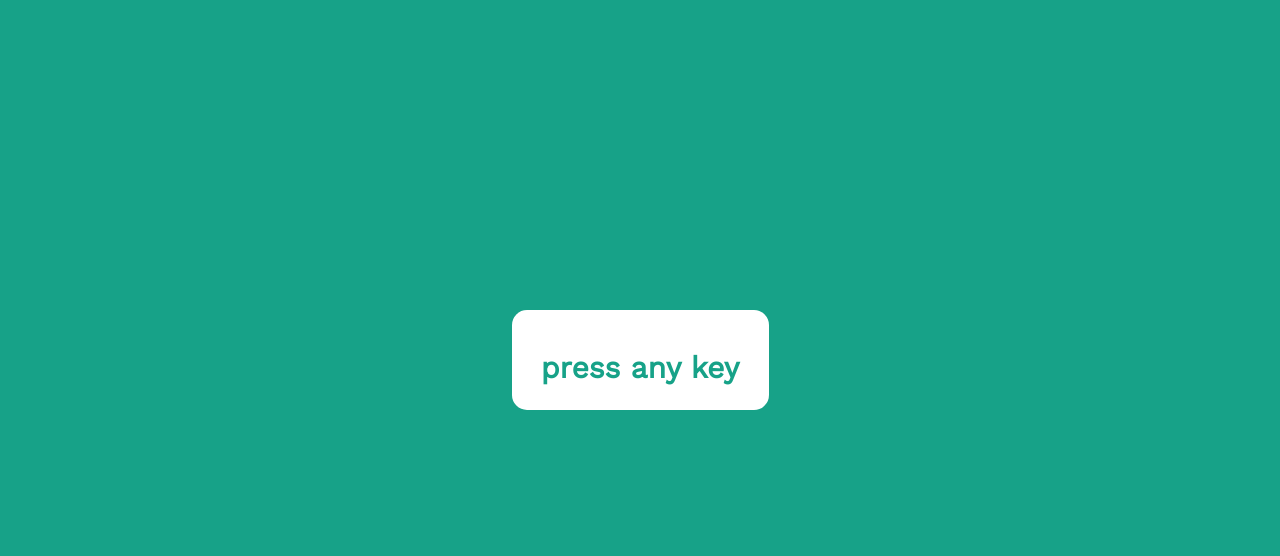
Repository: youssef168/Key-Detection
Page: index.htm
These files come from the project's save history. The page is drawn as it stood at one moment and after the next save; the edit follows.
The browser window is 1280 px wide. The pictures show the whole page.

Above is the page before, as saved 2021-12-17 13:29:41.

### index.htm
<!DOCTYPE html>
<html lang="en">
<head>
    <meta charset="UTF-8">
    <meta http-equiv="X-UA-Compatible" content="IE=edge">
    <meta name="viewport" content="width=device-width, initial-scale=1.0">
    <link rel="stylesheet" href="./style.css">
    <title>Key Detection</title>
</head>
<body>
    <div class="box">
        <p class="text">press any key</p>
        <div class="content">
            <div class="key-code">16</div>
            <div class="key-name">shift</div>
            <div class="details">
                <p class="key">Key: <span>Shift</span></p>
                <p class="code">Code: <span>16</span></p>
            </div>
        </div>
    </div>

    <script src="./script.js"></script>
</body>
</html>

### style.css
@import url("https://fonts.googleapis.com/css2?family=Work+Sans:ital,wght@0,300;0,400;1,400;1,500&display=swap");

* {
  font-family: "Work Sans", sans-serif;
  box-sizing: border-box;
  padding: 0;
  margin: 0;
}

ul li {
  list-style: none;
}

body {
    display: flex;
    justify-content: center;
    align-items: center;
    min-height: 100vh;
    margin: auto;
    background-color: #17A288;
}

.box {
    background: #fff;
    padding: 25px;
    width: 257px;
    border-radius: 15px;
}

.content, .key-code, .details {
    display: flex;
    align-items: center;
    justify-content: center;
}

.box .content {
    display: none;
    flex-direction: column;
}
.key-code {
    border: 4px solid #17A288;
    border-radius: 50%;
    width: 110px;
    height: 110px;
    font-size: 27px;
}

.text ,.key-code, .key-name {
    font-size: 27px;
    font-weight:bold;
    color: #17A288;
    margin-top: 15px;
}

.text {
    text-align: center;
    font-size: 30px;
}

.key-name {
    text-transform: uppercase;
}

.details {
    width: 100%;
    justify-content: space-between;
    margin-top: 20px;
}

.details p {
    font-size: 18px;
    width: 100%;
    text-align: center;
}

.details p:last-child {
    border-left: 1px solid #ccc;
}

### script.js
document.addEventListener('keydown', (e)=> {
    console.log(e)
})

After the next save:
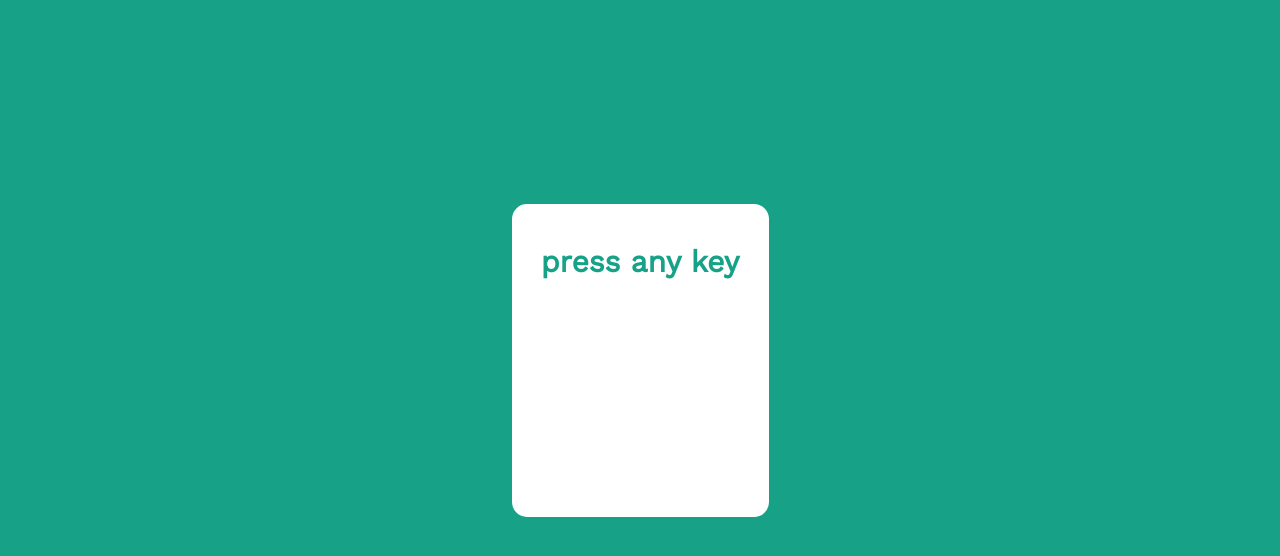
Saved 4 min 0 s later.
--- a/style.css
+++ b/style.css
@@ -34,8 +34,8 @@
 }
 
 .box .content {
-    display: none;
     flex-direction: column;
+    opacity: 0;
 }
 .key-code {
     border: 4px solid #17A288;

After the save that followed:
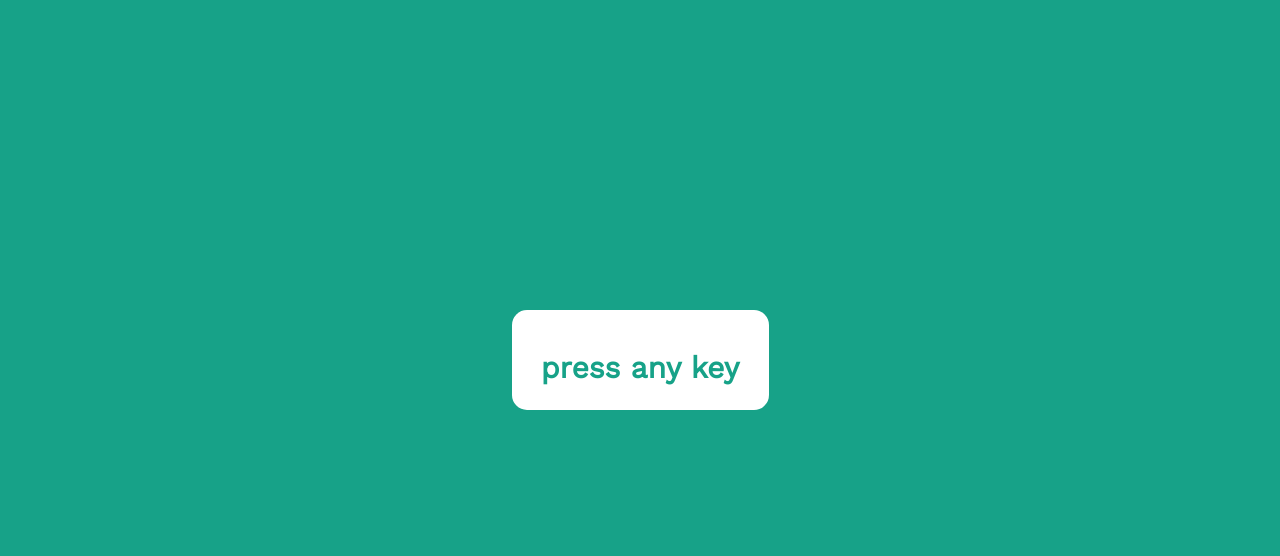
Saved 34 s later.
--- a/style.css
+++ b/style.css
@@ -34,8 +34,8 @@
 }
 
 .box .content {
+    display: none;
     flex-direction: column;
-    opacity: 0;
 }
 .key-code {
     border: 4px solid #17A288;
